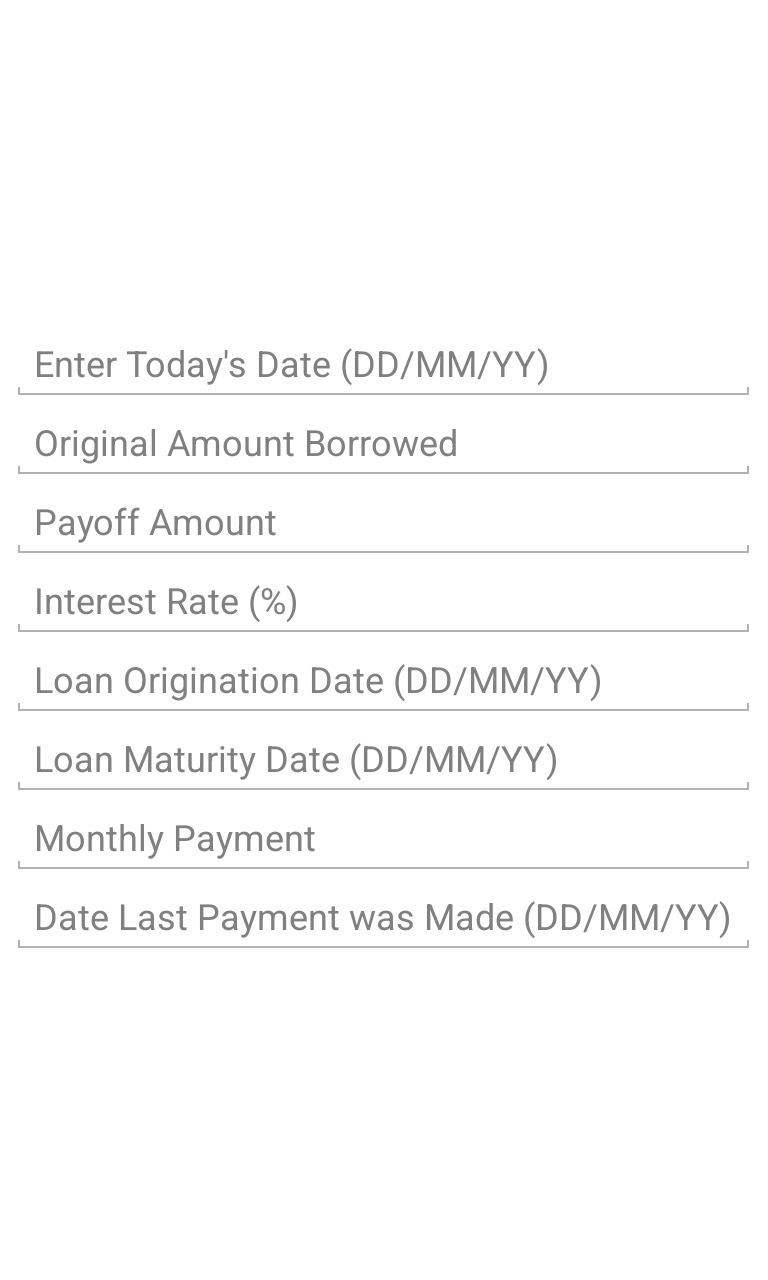
Repository: missxlian/angelHackSac
Layout: workspace/NoteHack/res/layout/fragment_section_launchpad.xml
The author's editor kept a copy of each file at every save. The layout is drawn from the files as they stood at one save, then again after the next save.
It is drawn on a 768 x 1280 px phone screen (xhdpi) without system bars, with theme android:Theme.Holo.Light.DarkActionBar; the app's code is not run.

Above is the layout before, as saved 2013-12-01 06:28:52.

After the next save:
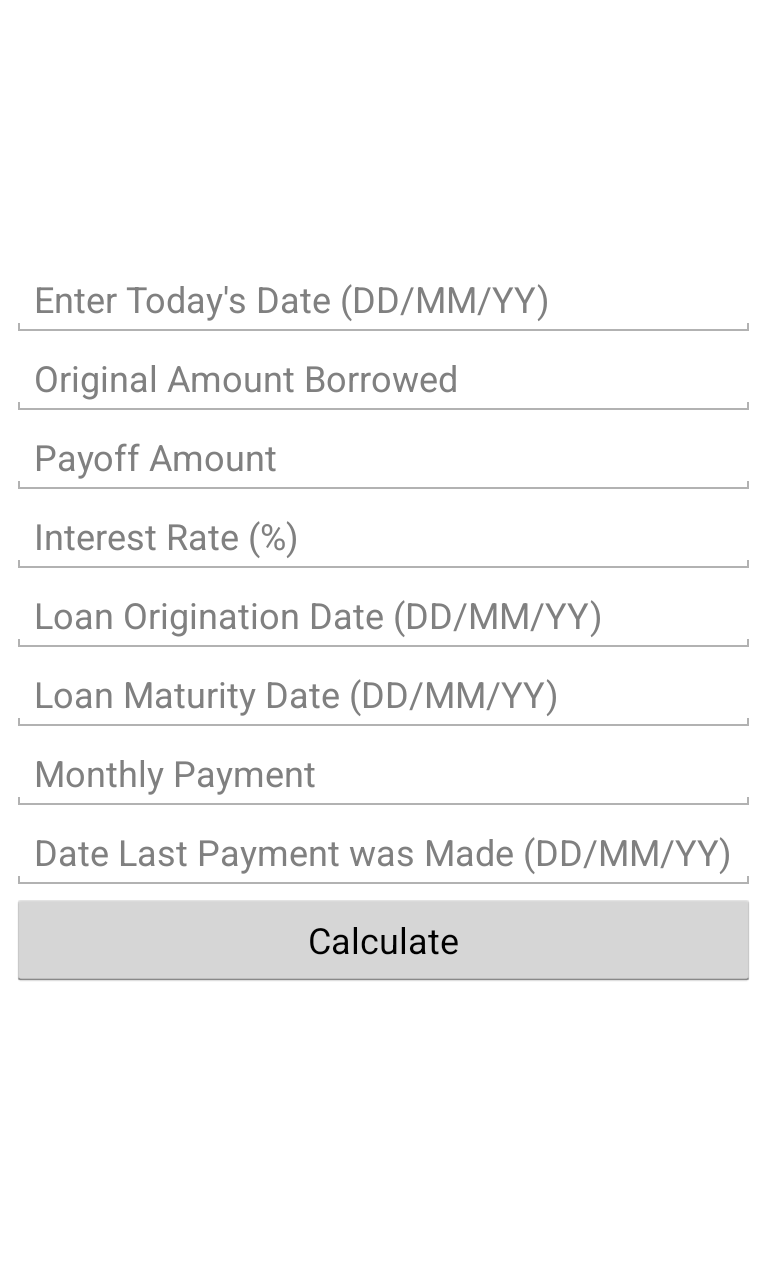
Saved 3 min 15 s later.
--- a/workspace/NoteHack/res/layout/fragment_section_launchpad.xml
+++ b/workspace/NoteHack/res/layout/fragment_section_launchpad.xml
@@ -89,6 +89,12 @@
             android:hint="Date Last Payment was Made (DD/MM/YY)"
              />
 
+        <Button android:id="@+id/home_worth_button"
+            android:layout_width="match_parent"
+            android:layout_height="wrap_content"
+            android:layout_marginBottom="16dp"
+            android:text="@string/homeworth"
+            android:onClick="sendMessage"/>
 
     </LinearLayout>
 
--- a/workspace/NoteHack/res/values/strings.xml
+++ b/workspace/NoteHack/res/values/strings.xml
@@ -20,5 +20,5 @@
     <string name="dummy_section_text">Section %1d is just a dummy section.</string>
 
     <string name="demo_external_activity">Demo External Activity</string>
-    <string name="interestRate">Calculate</string>
+    <string name="homeworth">Calculate</string>
 </resources>
